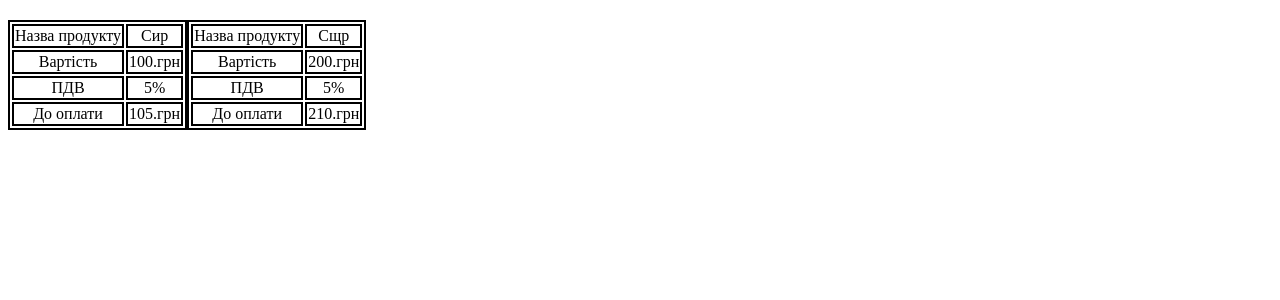
Repository: AnatoliyZaporozhets/HomeTask
Page: / (app in HomeWork_1/)
These files come from the project's save history. The page is drawn as it stood at one moment and after the next save; the edit follows.
The browser window is 1280 px wide. The pictures show the whole page.
The project was rebuilt for these pictures with package versions that can differ from the ones it lists, and the page was loaded fresh each time.

Above is the page before, as saved 2022-04-08 16:25:23.

After the next save:
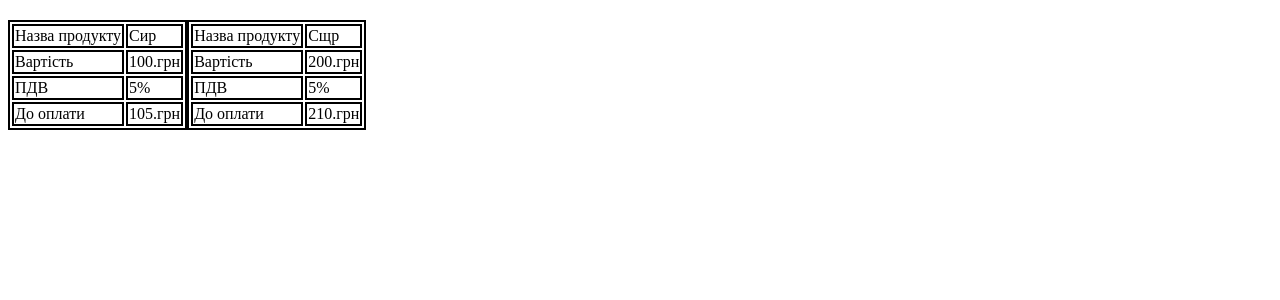
Saved 8 s later.
--- a/HomeWork_1/src/App.vue
+++ b/HomeWork_1/src/App.vue
@@ -40,7 +40,7 @@
 <style>
 #app {
 
-  text-align: center;
+  /* text-align: center; */
 
   margin-top: 20px;
 }

After the save that followed:
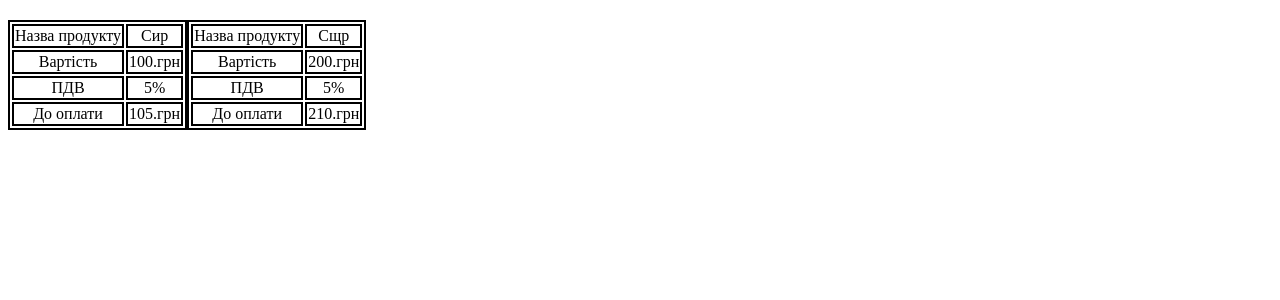
Saved 7 s later.
--- a/HomeWork_1/src/App.vue
+++ b/HomeWork_1/src/App.vue
@@ -40,7 +40,7 @@
 <style>
 #app {
 
-  /* text-align: center; */
+  text-align: center;
 
   margin-top: 20px;
 }
